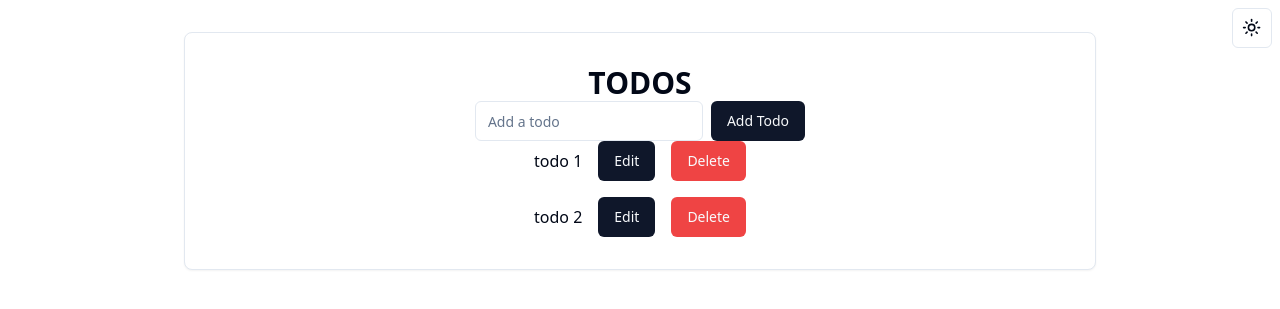
Repository: joacim-boive/react-todo-demo
Page: /
The author's editor kept a copy of each file at every save. The page is drawn from the files as they stood at one save, then again after the next save.
The browser window is 1280 px wide. The pictures show the whole page.
The page's requests for data from a server got no answer. The project was rebuilt for these pictures with package versions that can differ from the ones it lists, and the page was loaded fresh each time. No one was signed in, and anything a server would have sent is missing. Also part of the build but not shown: vite.config.ts, src/components/ui/checkbox.tsx, src/components/ui/label.tsx.

Above is the page before, as saved 2023-11-07 19:35:52.

### src/main.tsx
import { ThemeProvider } from "@/components/theme-provider";
import React from "react";
import ReactDOM from "react-dom/client";
import App from "./App.tsx";
import "./index.css";

ReactDOM.createRoot(document.getElementById("root")!).render(
  <React.StrictMode>
    <ThemeProvider defaultTheme="light" storageKey="theme">
      <App />
    </ThemeProvider>
  </React.StrictMode>
);

### src/components/theme-provider.tsx
import { createContext, useContext, useEffect, useState } from "react";

type Theme = "dark" | "light" | "system";

type ThemeProviderProps = {
  children: React.ReactNode;
  defaultTheme?: Theme;
  storageKey?: string;
};

type ThemeProviderState = {
  theme: Theme;
  setTheme: (theme: Theme) => void;
};

const initialState: ThemeProviderState = {
  theme: "system",
  setTheme: () => null,
};

const ThemeProviderContext = createContext<ThemeProviderState>(initialState);

export function ThemeProvider({
  children,
  defaultTheme = "system",
  storageKey = "vite-ui-theme",
  ...props
}: ThemeProviderProps) {
  const [theme, setTheme] = useState<Theme>(
    () => (localStorage.getItem(storageKey) as Theme) || defaultTheme
  );

  useEffect(() => {
    const root = window.document.documentElement;

    root.classList.remove("light", "dark");

    if (theme === "system") {
      const systemTheme = window.matchMedia("(prefers-color-scheme: dark)")
        .matches
        ? "dark"
        : "light";

      root.classList.add(systemTheme);
      return;
    }

    root.classList.add(theme);
  }, [theme]);

  const value = {
    theme,
    setTheme: (theme: Theme) => {
      localStorage.setItem(storageKey, theme);
      setTheme(theme);
    },
  };

  return (
    <ThemeProviderContext.Provider {...props} value={value}>
      {children}
    </ThemeProviderContext.Provider>
  );
}

// eslint-disable-next-line react-refresh/only-export-components
export const useTheme = () => {
  const context = useContext(ThemeProviderContext);

  if (context === undefined)
    throw new Error("useTheme must be used within a ThemeProvider");

  return context;
};

### src/App.tsx
import { FormNewTodo } from "@components/form-new-todo";
import { ModeToggle } from "@components/mode-toggle";
import { Card } from "@components/ui";

import socketIO, { Socket } from "socket.io-client";
const socket: Socket = socketIO.connect("http://localhost:4000") as Socket;

import "./App.css";
import { ListTodos } from "./components/list-todos";

const App = () => {
  return (
    <>
      <Card className="p-8 max-2xl:mx-auto max-2xl:w-3/4">
        <h1 className="text-3xl font-bold">TODOS</h1>
        <div className="flex flex-col w-full items-center justify-center">
          <FormNewTodo />
          <ListTodos
            todos={[
              { id: 1, title: "todo 1" },
              { id: 2, title: "todo 2" },
            ]}
          />
        </div>
      </Card>
      <ModeToggle />
    </>
  );
};

export default App;

### src/components/form-new-todo.tsx
import {
  Button,
  Form,
  FormControl,
  FormDescription,
  FormField,
  FormItem,
  FormLabel,
  FormMessage,
  Input,
} from "@components/ui";

import { zodResolver } from "@hookform/resolvers/zod";
import { useForm } from "react-hook-form";
import * as z from "zod";

const formSchema = z.object({
  todo: z.string().min(2, {
    message: "Todo must be at least 2 characters.",
  }),
});

export const FormNewTodo = () => {
  const form = useForm<z.infer<typeof formSchema>>({
    resolver: zodResolver(formSchema),
    defaultValues: {
      todo: "",
    },
  });

  const onSubmit = (data: z.infer<typeof formSchema>) => {
    console.log(data);
  };

  return (
    <Form {...form}>
      <form onSubmit={form.handleSubmit(onSubmit)} className="space-y-8">
        <FormField
          control={form.control}
          name="todo"
          render={({ field }) => (
            <FormItem>
              <FormControl>
                <div className="flex w-full max-w-sm items-center justify-center space-x-2">
                  <Input placeholder="Add a todo" {...field} />
                  <Button type="submit" variant="default">
                    Add Todo
                  </Button>
                </div>
              </FormControl>
              <FormMessage />
            </FormItem>
          )}
        />
      </form>
    </Form>
  );
};

### src/components/mode-toggle.tsx
import { Moon, Sun } from "lucide-react";

import { useTheme } from "@/components/theme-provider";
import { Button } from "@/components/ui/button";
import {
  DropdownMenu,
  DropdownMenuContent,
  DropdownMenuItem,
  DropdownMenuTrigger,
} from "@/components/ui/dropdown-menu";

export function ModeToggle() {
  const { setTheme } = useTheme();

  return (
    <div className="absolute top-2 right-2">
      <DropdownMenu>
        <DropdownMenuTrigger asChild>
          <Button variant="outline" size="icon">
            <Sun className="h-[1.2rem] w-[1.2rem] rotate-0 scale-100 transition-all dark:-rotate-90 dark:scale-0" />
            <Moon className="absolute h-[1.2rem] w-[1.2rem] rotate-90 scale-0 transition-all dark:rotate-0 dark:scale-100" />
            <span className="sr-only">Toggle theme</span>
          </Button>
        </DropdownMenuTrigger>
        <DropdownMenuContent align="end">
          <DropdownMenuItem onClick={() => setTheme("light")}>
            Light
          </DropdownMenuItem>
          <DropdownMenuItem onClick={() => setTheme("dark")}>
            Dark
          </DropdownMenuItem>
          <DropdownMenuItem onClick={() => setTheme("system")}>
            System
          </DropdownMenuItem>
        </DropdownMenuContent>
      </DropdownMenu>
    </div>
  );
}

### src/components/ui/index.ts
export * from "./button";
export * from "./card";
export * from "./checkbox";
export * from "./dropdown-menu";
export * from "./form";
export * from "./input";
export * from "./label";

### src/components/list-todos.tsx
import { TTodoItem } from "@/types/todo";
import { FC } from "react";
import { TodoItem } from "./todo-item";

type ListTodosProps = {
  todos: TTodoItem[];
};

export const ListTodos: FC<ListTodosProps> = ({ todos }) => {
  return (
    <div>
      <ol className="list-none p-0 space-y-4">
        {todos.map((todo) => (
          <TodoItem key={todo.id} todo={todo} />
        ))}
      </ol>
    </div>
  );
};

### src/components/ui/button.tsx
import * as React from "react"
import { Slot } from "@radix-ui/react-slot"
import { cva, type VariantProps } from "class-variance-authority"

import { cn } from "@/lib/utils"

const buttonVariants = cva(
  "inline-flex items-center justify-center whitespace-nowrap rounded-md text-sm font-medium ring-offset-background transition-colors focus-visible:outline-none focus-visible:ring-2 focus-visible:ring-ring focus-visible:ring-offset-2 disabled:pointer-events-none disabled:opacity-50",
  {
    variants: {
      variant: {
        default: "bg-primary text-primary-foreground hover:bg-primary/90",
        destructive:
          "bg-destructive text-destructive-foreground hover:bg-destructive/90",
        outline:
          "border border-input bg-background hover:bg-accent hover:text-accent-foreground",
        secondary:
          "bg-secondary text-secondary-foreground hover:bg-secondary/80",
        ghost: "hover:bg-accent hover:text-accent-foreground",
        link: "text-primary underline-offset-4 hover:underline",
      },
      size: {
        default: "h-10 px-4 py-2",
        sm: "h-9 rounded-md px-3",
        lg: "h-11 rounded-md px-8",
        icon: "h-10 w-10",
      },
    },
    defaultVariants: {
      variant: "default",
      size: "default",
    },
  }
)

export interface ButtonProps
  extends React.ButtonHTMLAttributes<HTMLButtonElement>,
    VariantProps<typeof buttonVariants> {
  asChild?: boolean
}

const Button = React.forwardRef<HTMLButtonElement, ButtonProps>(
  ({ className, variant, size, asChild = false, ...props }, ref) => {
    const Comp = asChild ? Slot : "button"
    return (
      <Comp
        className={cn(buttonVariants({ variant, size, className }))}
        ref={ref}
        {...props}
      />
    )
  }
)
Button.displayName = "Button"

export { Button, buttonVariants }

### src/components/ui/dropdown-menu.tsx
import * as React from "react"
import * as DropdownMenuPrimitive from "@radix-ui/react-dropdown-menu"
import { Check, ChevronRight, Circle } from "lucide-react"

import { cn } from "@/lib/utils"

const DropdownMenu = DropdownMenuPrimitive.Root

const DropdownMenuTrigger = DropdownMenuPrimitive.Trigger

const DropdownMenuGroup = DropdownMenuPrimitive.Group

const DropdownMenuPortal = DropdownMenuPrimitive.Portal

const DropdownMenuSub = DropdownMenuPrimitive.Sub

const DropdownMenuRadioGroup = DropdownMenuPrimitive.RadioGroup

const DropdownMenuSubTrigger = React.forwardRef<
  React.ElementRef<typeof DropdownMenuPrimitive.SubTrigger>,
  React.ComponentPropsWithoutRef<typeof DropdownMenuPrimitive.SubTrigger> & {
    inset?: boolean
  }
>(({ className, inset, children, ...props }, ref) => (
  <DropdownMenuPrimitive.SubTrigger
    ref={ref}
    className={cn(
      "flex cursor-default select-none items-center rounded-sm px-2 py-1.5 text-sm outline-none focus:bg-accent data-[state=open]:bg-accent",
      inset && "pl-8",
      className
    )}
    {...props}
  >
    {children}
    <ChevronRight className="ml-auto h-4 w-4" />
  </DropdownMenuPrimitive.SubTrigger>
))
DropdownMenuSubTrigger.displayName =
  DropdownMenuPrimitive.SubTrigger.displayName

const DropdownMenuSubContent = React.forwardRef<
  React.ElementRef<typeof DropdownMenuPrimitive.SubContent>,
  React.ComponentPropsWithoutRef<typeof DropdownMenuPrimitive.SubContent>
>(({ className, ...props }, ref) => (
  <DropdownMenuPrimitive.SubContent
    ref={ref}
    className={cn(
      "z-50 min-w-[8rem] overflow-hidden rounded-md border bg-popover p-1 text-popover-foreground shadow-lg data-[state=open]:animate-in data-[state=closed]:animate-out data-[state=closed]:fade-out-0 data-[state=open]:fade-in-0 data-[state=closed]:zoom-out-95 data-[state=open]:zoom-in-95 data-[side=bottom]:slide-in-from-top-2 data-[side=left]:slide-in-from-right-2 data-[side=right]:slide-in-from-left-2 data-[side=top]:slide-in-from-bottom-2",
      className
    )}
    {...props}
  />
))
DropdownMenuSubContent.displayName =
  DropdownMenuPrimitive.SubContent.displayName

const DropdownMenuContent = React.forwardRef<
  React.ElementRef<typeof DropdownMenuPrimitive.Content>,
  React.ComponentPropsWithoutRef<typeof DropdownMenuPrimitive.Content>
>(({ className, sideOffset = 4, ...props }, ref) => (
  <DropdownMenuPrimitive.Portal>
    <DropdownMenuPrimitive.Content
      ref={ref}
      sideOffset={sideOffset}
      className={cn(
        "z-50 min-w-[8rem] overflow-hidden rounded-md border bg-popover p-1 text-popover-foreground shadow-md data-[state=open]:animate-in data-[state=closed]:animate-out data-[state=closed]:fade-out-0 data-[state=open]:fade-in-0 data-[state=closed]:zoom-out-95 data-[state=open]:zoom-in-95 data-[side=bottom]:slide-in-from-top-2 data-[side=left]:slide-in-from-right-2 data-[side=right]:slide-in-from-left-2 data-[side=top]:slide-in-from-bottom-2",
        className
      )}
      {...props}
    />
  </DropdownMenuPrimitive.Portal>
))
DropdownMenuContent.displayName = DropdownMenuPrimitive.Content.displayName

const DropdownMenuItem = React.forwardRef<
  React.ElementRef<typeof DropdownMenuPrimitive.Item>,
  React.ComponentPropsWithoutRef<typeof DropdownMenuPrimitive.Item> & {
    inset?: boolean
  }
>(({ className, inset, ...props }, ref) => (
  <DropdownMenuPrimitive.Item
    ref={ref}
    className={cn(
      "relative flex cursor-default select-none items-center rounded-sm px-2 py-1.5 text-sm outline-none transition-colors focus:bg-accent focus:text-accent-foreground data-[disabled]:pointer-events-none data-[disabled]:opacity-50",
      inset && "pl-8",
      className
    )}
    {...props}
  />
))
DropdownMenuItem.displayName = DropdownMenuPrimitive.Item.displayName

const DropdownMenuCheckboxItem = React.forwardRef<
  React.ElementRef<typeof DropdownMenuPrimitive.CheckboxItem>,
  React.ComponentPropsWithoutRef<typeof DropdownMenuPrimitive.CheckboxItem>
>(({ className, children, checked, ...props }, ref) => (
  <DropdownMenuPrimitive.CheckboxItem
    ref={ref}
    className={cn(
      "relative flex cursor-default select-none items-center rounded-sm py-1.5 pl-8 pr-2 text-sm outline-none transition-colors focus:bg-accent focus:text-accent-foreground data-[disabled]:pointer-events-none data-[disabled]:opacity-50",
      className
    )}
    checked={checked}
    {...props}
  >
    <span className="absolute left-2 flex h-3.5 w-3.5 items-center justify-center">
      <DropdownMenuPrimitive.ItemIndicator>
        <Check className="h-4 w-4" />
      </DropdownMenuPrimitive.ItemIndicator>
    </span>
    {children}
  </DropdownMenuPrimitive.CheckboxItem>
))
DropdownMenuCheckboxItem.displayName =
  DropdownMenuPrimitive.CheckboxItem.displayName

const DropdownMenuRadioItem = React.forwardRef<
  React.ElementRef<typeof DropdownMenuPrimitive.RadioItem>,
  React.ComponentPropsWithoutRef<typeof DropdownMenuPrimitive.RadioItem>
>(({ className, children, ...props }, ref) => (
  <DropdownMenuPrimitive.RadioItem
    ref={ref}
    className={cn(
      "relative flex cursor-default select-none items-center rounded-sm py-1.5 pl-8 pr-2 text-sm outline-none transition-colors focus:bg-accent focus:text-accent-foreground data-[disabled]:pointer-events-none data-[disabled]:opacity-50",
      className
    )}
    {...props}
  >
    <span className="absolute left-2 flex h-3.5 w-3.5 items-center justify-center">
      <DropdownMenuPrimitive.ItemIndicator>
        <Circle className="h-2 w-2 fill-current" />
      </DropdownMenuPrimitive.ItemIndicator>
    </span>
    {children}
  </DropdownMenuPrimitive.RadioItem>
))
DropdownMenuRadioItem.displayName = DropdownMenuPrimitive.RadioItem.displayName

const DropdownMenuLabel = React.forwardRef<
  React.ElementRef<typeof DropdownMenuPrimitive.Label>,
  React.ComponentPropsWithoutRef<typeof DropdownMenuPrimitive.Label> & {
    inset?: boolean
  }
>(({ className, inset, ...props }, ref) => (
  <DropdownMenuPrimitive.Label
    ref={ref}
    className={cn(
      "px-2 py-1.5 text-sm font-semibold",
      inset && "pl-8",
      className
    )}
    {...props}
  />
))
DropdownMenuLabel.displayName = DropdownMenuPrimitive.Label.displayName

const DropdownMenuSeparator = React.forwardRef<
  React.ElementRef<typeof DropdownMenuPrimitive.Separator>,
  React.ComponentPropsWithoutRef<typeof DropdownMenuPrimitive.Separator>
>(({ className, ...props }, ref) => (
  <DropdownMenuPrimitive.Separator
    ref={ref}
    className={cn("-mx-1 my-1 h-px bg-muted", className)}
    {...props}
  />
))
DropdownMenuSeparator.displayName = DropdownMenuPrimitive.Separator.displayName

const DropdownMenuShortcut = ({
  className,
  ...props
}: React.HTMLAttributes<HTMLSpanElement>) => {
  return (
    <span
      className={cn("ml-auto text-xs tracking-widest opacity-60", className)}
      {...props}
    />
  )
}
DropdownMenuShortcut.displayName = "DropdownMenuShortcut"

export {
  DropdownMenu,
  DropdownMenuTrigger,
  DropdownMenuContent,
  DropdownMenuItem,
  DropdownMenuCheckboxItem,
  DropdownMenuRadioItem,
  DropdownMenuLabel,
  DropdownMenuSeparator,
  DropdownMenuShortcut,
  DropdownMenuGroup,
  DropdownMenuPortal,
  DropdownMenuSub,
  DropdownMenuSubContent,
  DropdownMenuSubTrigger,
  DropdownMenuRadioGroup,
}

### src/components/ui/card.tsx
import * as React from "react"

import { cn } from "@/lib/utils"

const Card = React.forwardRef<
  HTMLDivElement,
  React.HTMLAttributes<HTMLDivElement>
>(({ className, ...props }, ref) => (
  <div
    ref={ref}
    className={cn(
      "rounded-lg border bg-card text-card-foreground shadow-sm",
      className
    )}
    {...props}
  />
))
Card.displayName = "Card"

const CardHeader = React.forwardRef<
  HTMLDivElement,
  React.HTMLAttributes<HTMLDivElement>
>(({ className, ...props }, ref) => (
  <div
    ref={ref}
    className={cn("flex flex-col space-y-1.5 p-6", className)}
    {...props}
  />
))
CardHeader.displayName = "CardHeader"

const CardTitle = React.forwardRef<
  HTMLParagraphElement,
  React.HTMLAttributes<HTMLHeadingElement>
>(({ className, ...props }, ref) => (
  <h3
    ref={ref}
    className={cn(
      "text-2xl font-semibold leading-none tracking-tight",
      className
    )}
    {...props}
  />
))
CardTitle.displayName = "CardTitle"

const CardDescription = React.forwardRef<
  HTMLParagraphElement,
  React.HTMLAttributes<HTMLParagraphElement>
>(({ className, ...props }, ref) => (
  <p
    ref={ref}
    className={cn("text-sm text-muted-foreground", className)}
    {...props}
  />
))
CardDescription.displayName = "CardDescription"

const CardContent = React.forwardRef<
  HTMLDivElement,
  React.HTMLAttributes<HTMLDivElement>
>(({ className, ...props }, ref) => (
  <div ref={ref} className={cn("p-6 pt-0", className)} {...props} />
))
CardContent.displayName = "CardContent"

const CardFooter = React.forwardRef<
  HTMLDivElement,
  React.HTMLAttributes<HTMLDivElement>
>(({ className, ...props }, ref) => (
  <div
    ref={ref}
    className={cn("flex items-center p-6 pt-0", className)}
    {...props}
  />
))
CardFooter.displayName = "CardFooter"

export { Card, CardHeader, CardFooter, CardTitle, CardDescription, CardContent }

### src/components/ui/form.tsx
import * as React from "react"
import * as LabelPrimitive from "@radix-ui/react-label"
import { Slot } from "@radix-ui/react-slot"
import {
  Controller,
  ControllerProps,
  FieldPath,
  FieldValues,
  FormProvider,
  useFormContext,
} from "react-hook-form"

import { cn } from "@/lib/utils"
import { Label } from "@/components/ui/label"

const Form = FormProvider

type FormFieldContextValue<
  TFieldValues extends FieldValues = FieldValues,
  TName extends FieldPath<TFieldValues> = FieldPath<TFieldValues>
> = {
  name: TName
}

const FormFieldContext = React.createContext<FormFieldContextValue>(
  {} as FormFieldContextValue
)

const FormField = <
  TFieldValues extends FieldValues = FieldValues,
  TName extends FieldPath<TFieldValues> = FieldPath<TFieldValues>
>({
  ...props
}: ControllerProps<TFieldValues, TName>) => {
  return (
    <FormFieldContext.Provider value={{ name: props.name }}>
      <Controller {...props} />
    </FormFieldContext.Provider>
  )
}

const useFormField = () => {
  const fieldContext = React.useContext(FormFieldContext)
  const itemContext = React.useContext(FormItemContext)
  const { getFieldState, formState } = useFormContext()

  const fieldState = getFieldState(fieldContext.name, formState)

  if (!fieldContext) {
    throw new Error("useFormField should be used within <FormField>")
  }

  const { id } = itemContext

  return {
    id,
    name: fieldContext.name,
    formItemId: `${id}-form-item`,
    formDescriptionId: `${id}-form-item-description`,
    formMessageId: `${id}-form-item-message`,
    ...fieldState,
  }
}

type FormItemContextValue = {
  id: string
}

const FormItemContext = React.createContext<FormItemContextValue>(
  {} as FormItemContextValue
)

const FormItem = React.forwardRef<
  HTMLDivElement,
  React.HTMLAttributes<HTMLDivElement>
>(({ className, ...props }, ref) => {
  const id = React.useId()

  return (
    <FormItemContext.Provider value={{ id }}>
      <div ref={ref} className={cn("space-y-2", className)} {...props} />
    </FormItemContext.Provider>
  )
})
FormItem.displayName = "FormItem"

const FormLabel = React.forwardRef<
  React.ElementRef<typeof LabelPrimitive.Root>,
  React.ComponentPropsWithoutRef<typeof LabelPrimitive.Root>
>(({ className, ...props }, ref) => {
  const { error, formItemId } = useFormField()

  return (
    <Label
      ref={ref}
      className={cn(error && "text-destructive", className)}
      htmlFor={formItemId}
      {...props}
    />
  )
})
FormLabel.displayName = "FormLabel"

const FormControl = React.forwardRef<
  React.ElementRef<typeof Slot>,
  React.ComponentPropsWithoutRef<typeof Slot>
>(({ ...props }, ref) => {
  const { error, formItemId, formDescriptionId, formMessageId } = useFormField()

  return (
    <Slot
      ref={ref}
      id={formItemId}
      aria-describedby={
        !error
          ? `${formDescriptionId}`
          : `${formDescriptionId} ${formMessageId}`
      }
      aria-invalid={!!error}
      {...props}
    />
  )
})
FormControl.displayName = "FormControl"

const FormDescription = React.forwardRef<
  HTMLParagraphElement,
  React.HTMLAttributes<HTMLParagraphElement>
>(({ className, ...props }, ref) => {
  const { formDescriptionId } = useFormField()

  return (
    <p
      ref={ref}
      id={formDescriptionId}
      className={cn("text-sm text-muted-foreground", className)}
      {...props}
    />
  )
})
FormDescription.displayName = "FormDescription"

const FormMessage = React.forwardRef<
  HTMLParagraphElement,
  React.HTMLAttributes<HTMLParagraphElement>
>(({ className, children, ...props }, ref) => {
  const { error, formMessageId } = useFormField()
  const body = error ? String(error?.message) : children

  if (!body) {
    return null
  }

  return (
    <p
      ref={ref}
      id={formMessageId}
      className={cn("text-sm font-medium text-destructive", className)}
      {...props}
    >
      {body}
    </p>
  )
})
FormMessage.displayName = "FormMessage"

export {
  useFormField,
  Form,
  FormItem,
  FormLabel,
  FormControl,
  FormDescription,
  FormMessage,
  FormField,
}

### src/components/ui/input.tsx
import * as React from "react"

import { cn } from "@/lib/utils"

export interface InputProps
  extends React.InputHTMLAttributes<HTMLInputElement> {}

const Input = React.forwardRef<HTMLInputElement, InputProps>(
  ({ className, type, ...props }, ref) => {
    return (
      <input
        type={type}
        className={cn(
          "flex h-10 w-full rounded-md border border-input bg-background px-3 py-2 text-sm ring-offset-background file:border-0 file:bg-transparent file:text-sm file:font-medium placeholder:text-muted-foreground focus-visible:outline-none focus-visible:ring-2 focus-visible:ring-ring focus-visible:ring-offset-2 disabled:cursor-not-allowed disabled:opacity-50",
          className
        )}
        ref={ref}
        {...props}
      />
    )
  }
)
Input.displayName = "Input"

export { Input }

### src/components/todo-item.tsx
import { TTodoItem } from "@/types/todo";
import { Button } from "@components/ui";
import { FC } from "react";

type ListTodoProps = {
  todo: TTodoItem;
};

export const TodoItem: FC<ListTodoProps> = ({ todo }) => {
  return (
    <div className="flex items-center space-x-4">
      <p>{todo.title}</p>
      <Button>Edit</Button>
      <Button variant="destructive">Delete</Button>
    </div>
  );
};

Loaded but not shown: index.html (common file); src/index.css (common file); src/App.css (common file); src/lib/utils.ts (common file); tailwind.config.js (common file)

After the next save:
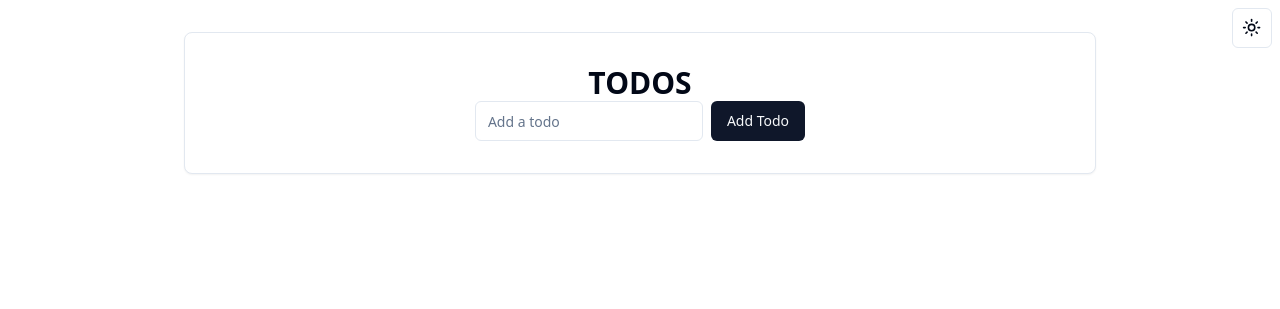
Saved 33 s later.
--- a/src/App.tsx
+++ b/src/App.tsx
@@ -15,12 +15,7 @@ const App = () => {
         <h1 className="text-3xl font-bold">TODOS</h1>
         <div className="flex flex-col w-full items-center justify-center">
           <FormNewTodo />
-          <ListTodos
-            todos={[
-              { id: 1, title: "todo 1" },
-              { id: 2, title: "todo 2" },
-            ]}
-          />
+          <ListTodos todos={[]} />
         </div>
       </Card>
       <ModeToggle />
